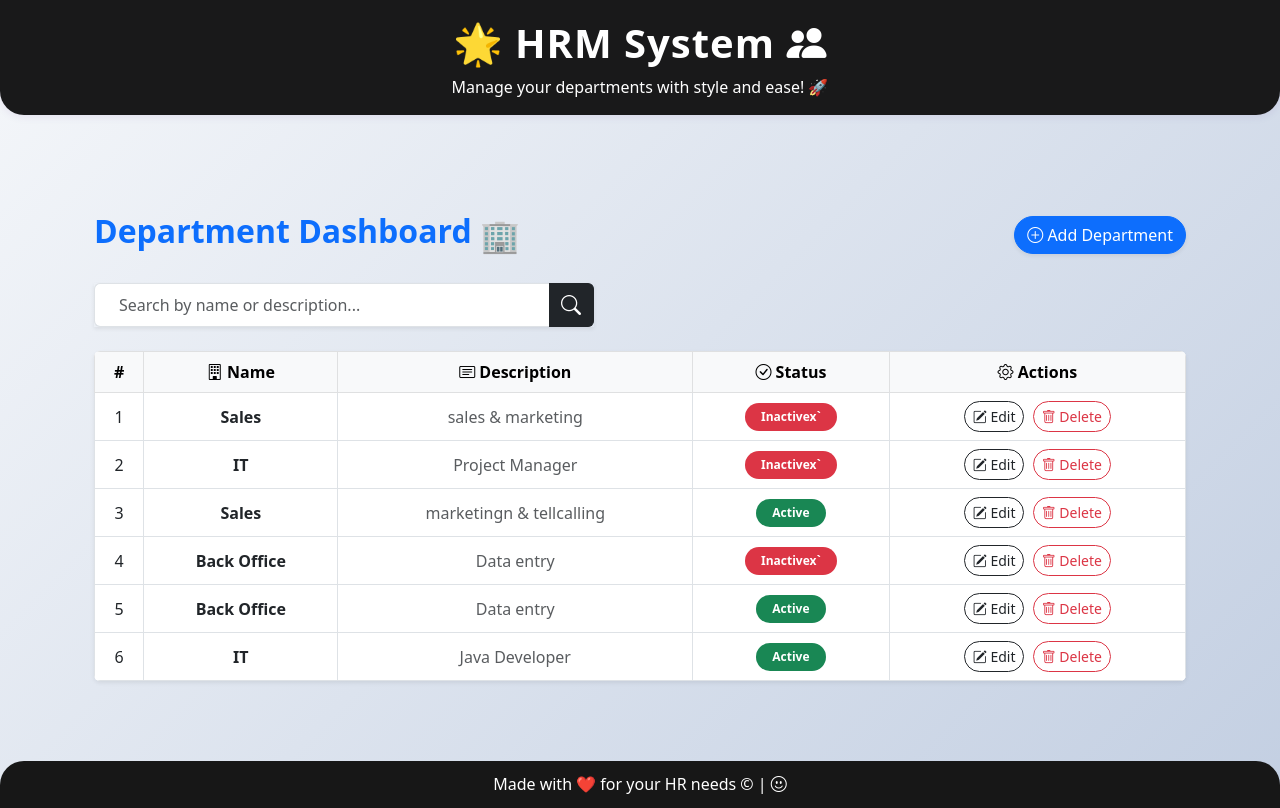
Repository: rtrupti09/HRMS
Page: http://localhost/departments/
An editor plug-in stored every save of this project. The page is shown before and after a run of saves, followed by the edit.
The browser window is 1280 px wide. The pictures show the whole page.
The page is served by the project's application, run on Django 5.2 (hrm_system/manage.py). The first stored user is signed in. Other server files are loaded and not shown. The page reads the database file committed with the project.

Above is the page before, as saved 2025-06-22 15:53:04.

### hrm_system/templates/department/dashboard.html
{% extends "base.html" %}

{% block extra_head %}
<link rel="stylesheet" href="https://cdn.jsdelivr.net/npm/bootstrap-icons@1.10.5/font/bootstrap-icons.css">
{% endblock %}

{% block content %}
<div class="container py-5">
    <!-- Header -->
    <div class="d-flex align-items-center justify-content-between mb-4">
        <div class="d-flex align-items-center">
            <h2 class="me-2 text-primary fw-bold">Department Dashboard</h2>
            <span class="fs-2">🏢</span>
        </div>
        <a href="{% url 'add_department' %}" class="btn btn-primary shadow-sm" style="border-radius: 30px;">
            <i class="bi bi-plus-circle"></i> Add Department
        </a>
    </div>

<!-- Stylish Search Form -->
<form method="get" class="input-group mb-4 shadow-sm" style="max-width: 500px;">
    <input type="text" name="search" value="{{ search }}"
           class="form-control px-4 py-2 border-end-0 "
           placeholder="Search by name or description..."
           style="font-size: 1rem;">
    <button class="btn btn-dark border-start-0 " type="submit">
        <i class="bi bi-search fs-5"></i>
    </button>
</form>


    <!-- Department Table -->
    <div class="table-responsive rounded shadow-sm">
        <table class="table table-bordered table-hover align-middle mb-0" style="background-color: #ffffff;">
            <thead class="table-light">
                <tr class="text-center">
                    <th>#</th>
                    <th><i class="bi bi-building"></i> Name</th>
                    <th><i class="bi bi-card-text"></i> Description</th>
                    <th><i class="bi bi-check-circle"></i> Status</th>
                    <th><i class="bi bi-gear"></i> Actions</th>
                </tr>
            </thead>
            <tbody>
                {% for dept in departments %}
                <tr class="text-center">
                    <td>{{ forloop.counter }}</td>
                    <td class="fw-semibold text-capitalize text-dark">{{ dept.dept_name }}</td>
                    <td class="text-muted">{{ dept.description }}</td>
                    <td>
                        {% if dept.status %}
                            <span class="badge bg-success px-3 py-2 rounded-pill">Active</span>
                        {% else %}
                            <span class="badge bg-danger px-3 py-2 rounded-pill">Inactivex`</span>
                        {% endif %}
                    </td>
                    <td>
                        <a href="{% url 'edit_department' dept.id %}" class="btn btn-sm btn-outline-dark rounded-pill me-1">
                            <i class="bi bi-pencil-square"></i> Edit
                        </a>
                        <a href="{% url 'delete_department' dept.id %}" class="btn btn-sm btn-outline-danger rounded-pill">
                            <i class="bi bi-trash"></i> Delete
                        </a>
                    </td>
                </tr>
                {% empty %}
                <tr>
                    <td colspan="5" class="text-center text-muted py-4">😕 No departments found.</td>
                </tr>
                {% endfor %}
            </tbody>
        </table>
    </div>
</div>
{% endblock %}

### hrm_system/templates/base.html
<!-- templates/base.html -->
<!DOCTYPE html>
<html lang="en">
<head>
    <meta charset="UTF-8">
    <title>HRM System</title>
    <meta name="viewport" content="width=device-width, initial-scale=1">
    <link href="https://cdn.jsdelivr.net/npm/bootstrap@5.3.0/dist/css/bootstrap.min.css" rel="stylesheet">
    <link rel="stylesheet" href="https://cdn.jsdelivr.net/npm/bootstrap-icons@1.10.5/font/bootstrap-icons.css">
    <style>
        body {
            background: linear-gradient(135deg, #f5f7fa 0%, #c3cfe2 100%);
            min-height: 100vh;
        }
        .hrm-header {
            background: #19191a;
            color: #fff;
            padding: 1.2rem 0 1rem 0;
            border-radius: 0 0 24px 24px;
            box-shadow: 0 2px 8px rgba(75,0,130,0.08);
            margin-bottom: 2rem;
        }
        .hrm-footer {
            background: #171717;
            color: #fff;
            text-align: center;
            padding: 0.7rem 0;
            border-radius: 24px 24px 0 0;
            margin-top: 2rem;
            font-size: 1rem;
        }
    </style>
    {% block extra_head %}{% endblock %}
</head>
<body>
    <div class="hrm-header text-center">
        <h1 style="font-weight:bold; letter-spacing:1px;">🌟 HRM System <i class="bi bi-people-fill"></i></h1>
        <p class="mb-0">Manage your departments with style and ease! 🚀</p>
    </div>
    <div class="container pt-3">
        {% if messages %}
        <div>
            {% for message in messages %}
                <div class="alert alert-{{ message.tags }} alert-dismissible fade show" role="alert">
                    {{ message }}
                    <button type="button" class="btn-close" data-bs-dismiss="alert"></button>
                </div>
            {% endfor %}
        </div>
        {% endif %}
        {% block content %}{% endblock %}
    </div>
    <div class="hrm-footer">
        <span>Made with ❤️ for your HR needs &copy; {{ now|date:'Y' }} | <i class="bi bi-emoji-smile"></i></span>
    </div>
</body>
</html>

### hrm_system/department/models.py
# department/models.py
from django.db import models

class Department(models.Model):
    dept_name = models.CharField(max_length=100)
    description = models.CharField(max_length=300)
    created_at = models.DateTimeField(auto_now_add=True)
    updated_at = models.DateTimeField(auto_now=True)
    status = models.BooleanField(default=True)

    def __str__(self):
        return self.dept_name

### hrm_system/department/views.py
# department/views.py
from django.shortcuts import render, redirect, get_object_or_404
from .models import Department
from .forms import DepartmentForm
from django.contrib import messages
from django.contrib.auth.decorators import user_passes_test

def admin_required(view_func):
    return user_passes_test(lambda u: u.is_superuser)(view_func)

@admin_required
def department_dashboard(request):
    departments = Department.objects.all()
    query = request.GET.get("search", "")
    if query:
        departments = departments.filter(dept_name__icontains=query)
    return render(request, "department/dashboard.html", {"departments": departments})

@admin_required
def add_department(request):
    if request.method == "POST":
        form = DepartmentForm(request.POST)
        if form.is_valid():
            form.save()
            messages.success(request, "Department added successfully.")
            return redirect('department_dashboard')
    else:
        form = DepartmentForm()
    return render(request, "department/add_edit.html", {"form": form})

@admin_required
def edit_department(request, dept_id):
    department = get_object_or_404(Department, pk=dept_id)
    if request.method == "POST":
        form = DepartmentForm(request.POST, instance=department)
        if form.is_valid():
            form.save()
            messages.success(request, "Department updated successfully.")
            return redirect('department_dashboard')
    else:
        form = DepartmentForm(instance=department)
    return render(request, "department/add_edit.html", {"form": form})

@admin_required
def delete_department(request, dept_id):
    department = get_object_or_404(Department, pk=dept_id)
    if request.method == "POST":
        department.status = False  # Soft delete
        department.save()
        messages.warning(request, "Department deactivated. Reassign employees before deletion.")
        return redirect('department_dashboard')
    return render(request, "department/confirm_delete.html", {"department": department})

### hrm_system/hrm_system/urls.py
"""
URL configuration for hrm_system project.

The `urlpatterns` list routes URLs to views. For more information please see:
    https://docs.djangoproject.com/en/5.2/topics/http/urls/
Examples:
Function views
    1. Add an import:  from my_app import views
    2. Add a URL to urlpatterns:  path('', views.home, name='home')
Class-based views
    1. Add an import:  from other_app.views import Home
    2. Add a URL to urlpatterns:  path('', Home.as_view(), name='home')
Including another URLconf
    1. Import the include() function: from django.urls import include, path
    2. Add a URL to urlpatterns:  path('blog/', include('blog.urls'))
"""
# hrm_system/urls.py

from django.contrib import admin
from django.urls import path, include
from django.shortcuts import redirect

urlpatterns = [
    path('admin/', admin.site.urls),
    path('departments/', include('department.urls')),
    path('accounts/', include('django.contrib.auth.urls')),  # ✅ Add this line
    path('', lambda request: redirect('department_dashboard')),
]

### hrm_system/department/urls.py
# department/urls.py
from django.urls import path
from . import views

urlpatterns = [
    path('', views.department_dashboard, name='department_dashboard'),
    path('add/', views.add_department, name='add_department'),
    path('edit/<int:dept_id>/', views.edit_department, name='edit_department'),
    path('delete/<int:dept_id>/', views.delete_department, name='delete_department'),
]

### hrm_system/db.sqlite3 (the tables this page reads, as SQL)
CREATE TABLE "auth_user" ("id" integer NOT NULL PRIMARY KEY AUTOINCREMENT, "password" varchar(128) NOT NULL, "last_login" datetime NULL, "is_superuser" bool NOT NULL, "username" varchar(150) NOT NULL UNIQUE, "last_name" varchar(150) NOT NULL, "email" varchar(254) NOT NULL, "is_staff" bool NOT NULL, "is_active" bool NOT NULL, "date_joined" datetime NOT NULL, "first_name" varchar(150) NOT NULL);
INSERT INTO "auth_user" VALUES
(1, 'pbkdf2_sha256$1000000$klXm5yfIOGV7m5jneleXNI$T7tebBIVv4do04abtiFRVLbcZeciDKrjFDq6fdQjkgs=', '2025-06-22 09:39:57.673721', 1, 'admin', '', '', 1, 1, '2025-06-22 09:14:34.032178', '');

CREATE TABLE "department_department" ("id" integer NOT NULL PRIMARY KEY AUTOINCREMENT, "dept_name" varchar(100) NOT NULL, "description" varchar(300) NOT NULL, "created_at" datetime NOT NULL, "updated_at" datetime NOT NULL, "status" bool NOT NULL);
INSERT INTO "department_department" VALUES
(1, 'sales', 'sales & marketing', '2025-06-22 09:48:29.772689', '2025-06-22 09:53:15.225973', 0),
(2, 'IT', 'Project Manager', '2025-06-22 09:50:40.913259', '2025-06-22 09:50:45.176349', 0),
(3, 'sales', 'marketingn & tellcalling', '2025-06-22 09:53:28.339740', '2025-06-22 09:53:44.053389', 1),
(4, 'back office', 'Data entry', '2025-06-22 09:54:09.921954', '2025-06-22 09:54:14.452761', 0),
(5, 'back office', 'Data entry', '2025-06-22 09:54:41.224577', '2025-06-22 09:54:41.224597', 1),
(6, 'IT', 'Java Developer', '2025-06-22 10:01:21.121885', '2025-06-22 10:01:21.121905', 1);

After the next 2 saves:
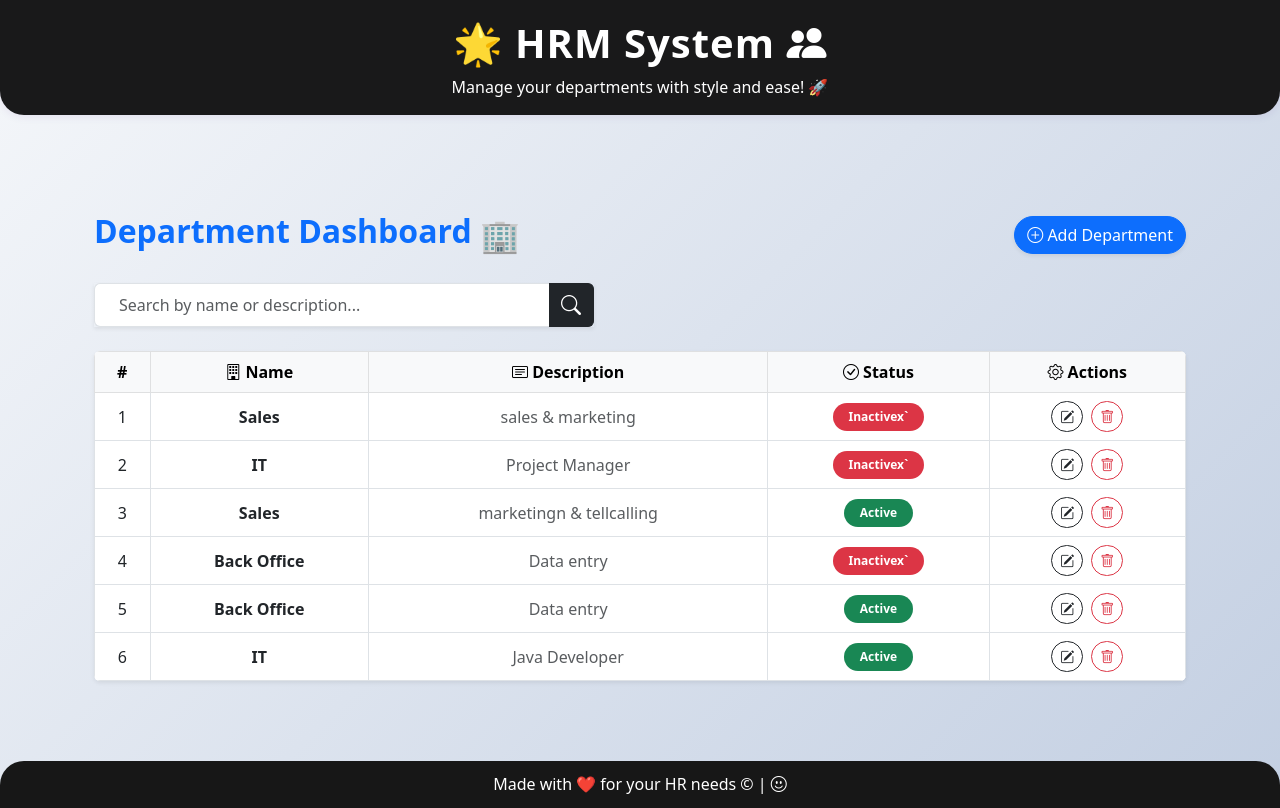
The 2 saves are shown as one change because they came seconds apart.
The last was saved 17 s later.
--- a/hrm_system/templates/department/dashboard.html
+++ b/hrm_system/templates/department/dashboard.html
@@ -56,10 +56,10 @@
                     </td>
                     <td>
                         <a href="{% url 'edit_department' dept.id %}" class="btn btn-sm btn-outline-dark rounded-pill me-1">
-                            <i class="bi bi-pencil-square"></i> Edit
+                            <i class="bi bi-pencil-square"></i>
                         </a>
                         <a href="{% url 'delete_department' dept.id %}" class="btn btn-sm btn-outline-danger rounded-pill">
-                            <i class="bi bi-trash"></i> Delete
+                            <i class="bi bi-trash"></i>
                         </a>
                     </td>
                 </tr>
